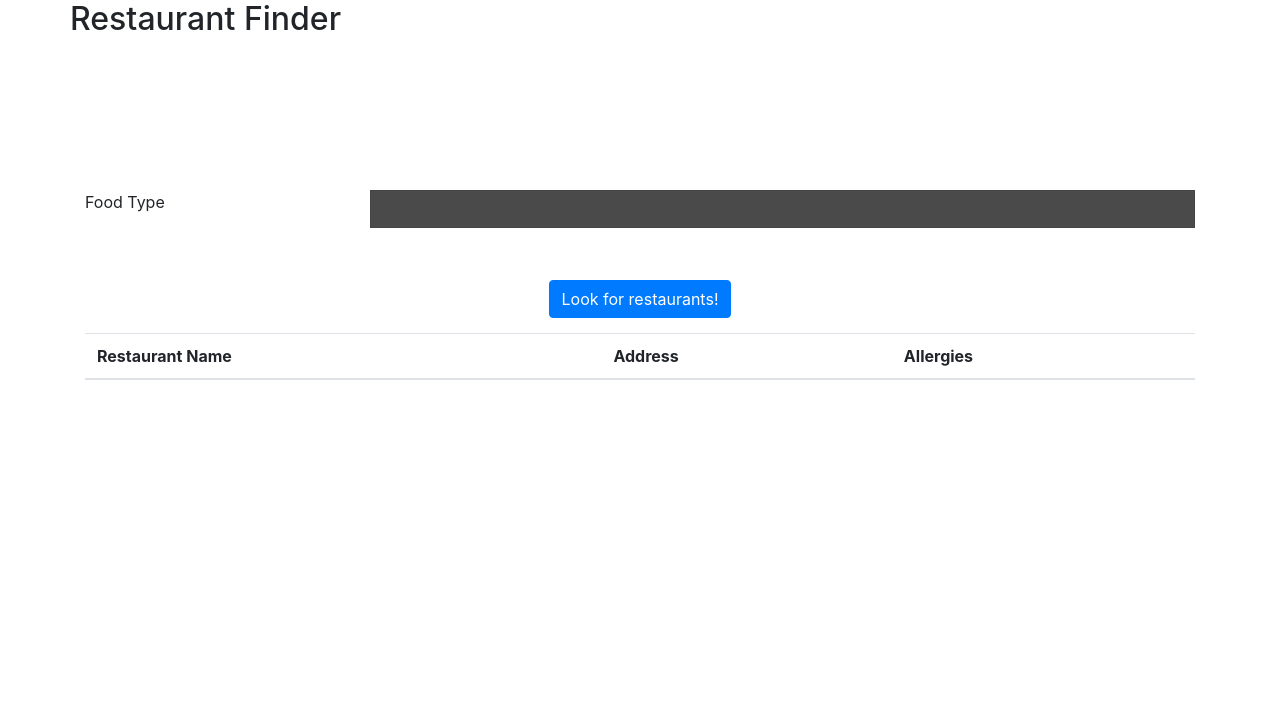
Repository: KobeRox/Loremips
Page: index.html
These files come from the project's save history. The page is drawn as it stood at one moment and after the next save; the edit follows.
The browser window is 1280 px wide. The pictures show the whole page.
Some web libraries are served in a nearby version.

Above is the page before, as saved 2019-09-08 21:48:37.
Console error: TypeError: Cannot read properties of undefined (reading 'fn')

### index.html
<html>

<head>
    <link rel="stylesheet" href="style.css">
    <link rel="stylesheet" href="https://stackpath.bootstrapcdn.com/bootstrap/4.3.1/css/bootstrap.min.css"
        integrity="sha384-ggOyR0iXCbMQv3Xipma34MD+dH/1fQ784/j6cY/iJTQUOhcWr7x9JvoRxT2MZw1T" crossorigin="anonymous">
    <script src="https://stackpath.bootstrapcdn.com/bootstrap/4.3.1/js/bootstrap.min.js"
        integrity="sha384-JjSmVgyd0p3pXB1rRibZUAYoIIy6OrQ6VrjIEaFf/nJGzIxFDsf4x0xIM+B07jRM"
        crossorigin="anonymous"></script>
    <script src="https://ajax.googleapis.com/ajax/libs/jquery/3.4.1/jquery.min.js"></script>
    <script src="https://code.jquery.com/ui/1.12.1/jquery-ui.min.js"></script>
    <script src="zomato_cuisines.js"></script>
    <script src="zomato_restaurants.js"></script>
    <script src="contractResponse.js"></script>
    <script src="convertDataToHtml.js"></script>
    <script type="text/javascript" charset="utf-8">

        $(document).ready(function () {

            $("#searchbar").autocomplete({

                minLength: 0,
                source: get_cuisineList(),
                focus: function (event, ui) {
                    $("#searchbar").val(ui.item.label);
                    return false;
                },
                select: function (event, ui) {
                    $("#searchbar").val(ui.item.label);
                    return false;
                }
            })

            $("#clicking").click(function () {
                var search = $('#searchbar').val();
                //console.log(search)
                var c_list = get_cuisineList();
                //console.log(c_list);
                var c_id = get_cuisineId(search);
                //console.log(c_id);
                get_restaurants(c_id, function (data) {
                    //console.log(data);
                    convertDataToHtml(data);
                });
            });
        });
    </script>
</head>

<body>
    <div class="container">
        <div class="panel-body">

            <div class="row" style="text-align: center;">
                <h2>Restaurant Finder</h2>
            </div>

<br><br><br><br><br><br>

            <div class="row" style="margin-bottom: 50px;">
                <div class="col-xs-3 col-md-3">
                    <p>Food Type</p>
                </div>


                <div class="col-xs-9 col-md-9">
                    <input type="text" class="form-control" id='searchbar' size="3">
                </div>

            </div>
            <div class="row" style="text-align: center;">
                <div class="col-xs-12 col-md-12">
                    <button type="button" class="btn btn-primary" style="margin-bottom: 15px;" id="clicking">Look
                        for restaurants!</button>
                </div>
            </div>
        </div>

        <div class="row">
            <div class="col-xs-12 col-md-12">
                <table class="table">
                    <thead>
                        <tr>
                            <th scope="col">Restaurant Name</th>
                            <th scope="col">Address</th>
                            <th scope="col">Allergies</th>
                        </tr>
                    <tbody id="restoResults">

                    </tbody>
                    </thead>
                </table>
            </div>


        </div>
        <!-- <div class="panel-footer"></div> -->
    </div>


</body>

</html>

### style.css
#searchbar {
  border-radius: 0px;
  background: #4a4a4a;
  color: #4cc3d8;
  border: 1px solid #454545;
  height: 0 0 30px;
}
#searchbar:hover {
  background: gray;
}

.ui-tooltip {
  background: yellow;
  color: #96f226;
  border: 2px solid navy;
  border-radius: 0px;
  box-shadow: 0 0;
}
.ui-autocomplete {
  background: #2089b9;
  border-radius: 0px;
  line-height: 30px;
  width: 160px;
}
.ui-autocomplete.source:hover {
  background: #2b9aa8;
}

.ui-menu .ui-menu-item a {
  background: red;
  height: 10px;
  font-size: 8px;
}

### zomato_cuisines.js
function get_cuisineId(name){

	for(var i=0; i<list_cuisine.length; i++){
		if (list_cuisine[i]["cuisine"]["cuisine_name"] == name)
			return list_cuisine[i]["cuisine"]["cuisine_id"];
	}
}

function get_cuisineList(){
	var cuisine_names= [];
	for(var i=0; i<list_cuisine.length; i++){
		cuisine_names.push(list_cuisine[i]["cuisine"]["cuisine_name"]);
	}
	return cuisine_names;
}
var  list_cuisine = [
        {
            "cuisine": {
                "cuisine_id": 6,
                "cuisine_name": "Afghani"
            }
        },
        {
            "cuisine": {
                "cuisine_id": 152,
                "cuisine_name": "African"
            }
        },
        {
            "cuisine": {
                "cuisine_id": 1,
                "cuisine_name": "American"
            }
        },
        {
            "cuisine": {
                "cuisine_id": 4,
                "cuisine_name": "Arabian"
            }
        },
        {
            "cuisine": {
                "cuisine_id": 151,
                "cuisine_name": "Argentine"
            }
        },
        {
            "cuisine": {
                "cuisine_id": 3,
                "cuisine_name": "Asian"
            }
        },
        {
            "cuisine": {
                "cuisine_id": 401,
                "cuisine_name": "Asian Fusion"
            }
        },
        {
            "cuisine": {
                "cuisine_id": 193,
                "cuisine_name": "BBQ"
            }
        },
        {
            "cuisine": {
                "cuisine_id": 5,
                "cuisine_name": "Bakery"
            }
        },
        {
            "cuisine": {
                "cuisine_id": 227,
                "cuisine_name": "Bar Food"
            }
        },
        {
            "cuisine": {
                "cuisine_id": 132,
                "cuisine_name": "Belgian"
            }
        },
        {
            "cuisine": {
                "cuisine_id": 270,
                "cuisine_name": "Beverages"
            }
        },
        {
            "cuisine": {
                "cuisine_id": 159,
                "cuisine_name": "Brazilian"
            }
        },
        {
            "cuisine": {
                "cuisine_id": 133,
                "cuisine_name": "British"
            }
        },
        {
            "cuisine": {
                "cuisine_id": 247,
                "cuisine_name": "Bubble Tea"
            }
        },
        {
            "cuisine": {
                "cuisine_id": 168,
                "cuisine_name": "Burger"
            }
        },
        {
            "cuisine": {
                "cuisine_id": 1039,
                "cuisine_name": "Cafe Food"
            }
        },
        {
            "cuisine": {
                "cuisine_id": 111,
                "cuisine_name": "Cambodian"
            }
        },
        {
            "cuisine": {
                "cuisine_id": 121,
                "cuisine_name": "Cantonese"
            }
        },
        {
            "cuisine": {
                "cuisine_id": 994,
                "cuisine_name": "Charcoal Chicken"
            }
        },
        {
            "cuisine": {
                "cuisine_id": 25,
                "cuisine_name": "Chinese"
            }
        },
        {
            "cuisine": {
                "cuisine_id": 161,
                "cuisine_name": "Coffee and Tea"
            }
        },
        {
            "cuisine": {
                "cuisine_id": 287,
                "cuisine_name": "Colombian"
            }
        },
        {
            "cuisine": {
                "cuisine_id": 144,
                "cuisine_name": "Contemporary"
            }
        },
        {
            "cuisine": {
                "cuisine_id": 35,
                "cuisine_name": "Continental"
            }
        },
        {
            "cuisine": {
                "cuisine_id": 928,
                "cuisine_name": "Creole"
            }
        },
        {
            "cuisine": {
                "cuisine_id": 881,
                "cuisine_name": "Crepes"
            }
        },
        {
            "cuisine": {
                "cuisine_id": 192,
                "cuisine_name": "Deli"
            }
        },
        {
            "cuisine": {
                "cuisine_id": 100,
                "cuisine_name": "Desserts"
            }
        },
        {
            "cuisine": {
                "cuisine_id": 268,
                "cuisine_name": "Drinks Only"
            }
        },
        {
            "cuisine": {
                "cuisine_id": 985,
                "cuisine_name": "Dumplings"
            }
        },
        {
            "cuisine": {
                "cuisine_id": 38,
                "cuisine_name": "European"
            }
        },
        {
            "cuisine": {
                "cuisine_id": 571,
                "cuisine_name": "Falafel"
            }
        },
        {
            "cuisine": {
                "cuisine_id": 40,
                "cuisine_name": "Fast Food"
            }
        },
        {
            "cuisine": {
                "cuisine_id": 1006,
                "cuisine_name": "Fijian"
            }
        },
        {
            "cuisine": {
                "cuisine_id": 112,
                "cuisine_name": "Filipino"
            }
        },
        {
            "cuisine": {
                "cuisine_id": 271,
                "cuisine_name": "Finger Food"
            }
        },
        {
            "cuisine": {
                "cuisine_id": 298,
                "cuisine_name": "Fish and Chips"
            }
        },
        {
            "cuisine": {
                "cuisine_id": 45,
                "cuisine_name": "French"
            }
        },
        {
            "cuisine": {
                "cuisine_id": 1025,
                "cuisine_name": "Fried Chicken"
            }
        },
        {
            "cuisine": {
                "cuisine_id": 501,
                "cuisine_name": "Frozen Yogurt"
            }
        },
        {
            "cuisine": {
                "cuisine_id": 274,
                "cuisine_name": "Fusion"
            }
        },
        {
            "cuisine": {
                "cuisine_id": 134,
                "cuisine_name": "German"
            }
        },
        {
            "cuisine": {
                "cuisine_id": 156,
                "cuisine_name": "Greek"
            }
        },
        {
            "cuisine": {
                "cuisine_id": 181,
                "cuisine_name": "Grill"
            }
        },
        {
            "cuisine": {
                "cuisine_id": 521,
                "cuisine_name": "Hawaiian"
            }
        },
        {
            "cuisine": {
                "cuisine_id": 143,
                "cuisine_name": "Healthy Food"
            }
        },
        {
            "cuisine": {
                "cuisine_id": 1022,
                "cuisine_name": "Hot Pot"
            }
        },
        {
            "cuisine": {
                "cuisine_id": 228,
                "cuisine_name": "Hungarian"
            }
        },
        {
            "cuisine": {
                "cuisine_id": 233,
                "cuisine_name": "Ice Cream"
            }
        },
        {
            "cuisine": {
                "cuisine_id": 148,
                "cuisine_name": "Indian"
            }
        },
        {
            "cuisine": {
                "cuisine_id": 114,
                "cuisine_name": "Indonesian"
            }
        },
        {
            "cuisine": {
                "cuisine_id": 154,
                "cuisine_name": "International"
            }
        },
        {
            "cuisine": {
                "cuisine_id": 140,
                "cuisine_name": "Iranian"
            }
        },
        {
            "cuisine": {
                "cuisine_id": 135,
                "cuisine_name": "Irish"
            }
        },
        {
            "cuisine": {
                "cuisine_id": 55,
                "cuisine_name": "Italian"
            }
        },
        {
            "cuisine": {
                "cuisine_id": 60,
                "cuisine_name": "Japanese"
            }
        },
        {
            "cuisine": {
                "cuisine_id": 265,
                "cuisine_name": "Jewish"
            }
        },
        {
            "cuisine": {
                "cuisine_id": 1042,
                "cuisine_name": "Jiangnan"
            }
        },
        {
            "cuisine": {
                "cuisine_id": 164,
                "cuisine_name": "Juices"
            }
        },
        {
            "cuisine": {
                "cuisine_id": 178,
                "cuisine_name": "Kebab"
            }
        },
        {
            "cuisine": {
                "cuisine_id": 167,
                "cuisine_name": "Kiwi"
            }
        },
        {
            "cuisine": {
                "cuisine_id": 67,
                "cuisine_name": "Korean"
            }
        },
        {
            "cuisine": {
                "cuisine_id": 1021,
                "cuisine_name": "Korean BBQ"
            }
        },
        {
            "cuisine": {
                "cuisine_id": 136,
                "cuisine_name": "Latin American"
            }
        },
        {
            "cuisine": {
                "cuisine_id": 66,
                "cuisine_name": "Lebanese"
            }
        },
        {
            "cuisine": {
                "cuisine_id": 69,
                "cuisine_name": "Malaysian"
            }
        },
        {
            "cuisine": {
                "cuisine_id": 977,
                "cuisine_name": "Meat Pie"
            }
        },
        {
            "cuisine": {
                "cuisine_id": 70,
                "cuisine_name": "Mediterranean"
            }
        },
        {
            "cuisine": {
                "cuisine_id": 73,
                "cuisine_name": "Mexican"
            }
        },
        {
            "cuisine": {
                "cuisine_id": 137,
                "cuisine_name": "Middle Eastern"
            }
        },
        {
            "cuisine": {
                "cuisine_id": 294,
                "cuisine_name": "Modern European"
            }
        },
        {
            "cuisine": {
                "cuisine_id": 1055,
                "cuisine_name": "Modern New Zealand"
            }
        },
        {
            "cuisine": {
                "cuisine_id": 74,
                "cuisine_name": "Mongolian"
            }
        },
        {
            "cuisine": {
                "cuisine_id": 147,
                "cuisine_name": "Moroccan"
            }
        },
        {
            "cuisine": {
                "cuisine_id": 117,
                "cuisine_name": "Nepalese"
            }
        },
        {
            "cuisine": {
                "cuisine_id": 50,
                "cuisine_name": "North Indian"
            }
        },
        {
            "cuisine": {
                "cuisine_id": 321,
                "cuisine_name": "Pacific"
            }
        },
        {
            "cuisine": {
                "cuisine_id": 139,
                "cuisine_name": "Pakistani"
            }
        },
        {
            "cuisine": {
                "cuisine_id": 209,
                "cuisine_name": "Pan Asian"
            }
        },
        {
            "cuisine": {
                "cuisine_id": 162,
                "cuisine_name": "Peruvian"
            }
        },
        {
            "cuisine": {
                "cuisine_id": 1020,
                "cuisine_name": "Pho"
            }
        },
        {
            "cuisine": {
                "cuisine_id": 82,
                "cuisine_name": "Pizza"
            }
        },
        {
            "cuisine": {
                "cuisine_id": 1019,
                "cuisine_name": "Poké"
            }
        },
        {
            "cuisine": {
                "cuisine_id": 87,
                "cuisine_name": "Portuguese"
            }
        },
        {
            "cuisine": {
                "cuisine_id": 983,
                "cuisine_name": "Pub Food"
            }
        },
        {
            "cuisine": {
                "cuisine_id": 320,
                "cuisine_name": "Ramen"
            }
        },
        {
            "cuisine": {
                "cuisine_id": 1033,
                "cuisine_name": "Roast"
            }
        },
        {
            "cuisine": {
                "cuisine_id": 84,
                "cuisine_name": "Russian"
            }
        },
        {
            "cuisine": {
                "cuisine_id": 998,
                "cuisine_name": "Salad"
            }
        },
        {
            "cuisine": {
                "cuisine_id": 304,
                "cuisine_name": "Sandwich"
            }
        },
        {
            "cuisine": {
                "cuisine_id": 83,
                "cuisine_name": "Seafood"
            }
        },
        {
            "cuisine": {
                "cuisine_id": 831,
                "cuisine_name": "Shanghai"
            }
        },
        {
            "cuisine": {
                "cuisine_id": 128,
                "cuisine_name": "Sichuan"
            }
        },
        {
            "cuisine": {
                "cuisine_id": 119,
                "cuisine_name": "Singaporean"
            }
        },
        {
            "cuisine": {
                "cuisine_id": 85,
                "cuisine_name": "South Indian"
            }
        },
        {
            "cuisine": {
                "cuisine_id": 89,
                "cuisine_name": "Spanish"
            }
        },
        {
            "cuisine": {
                "cuisine_id": 86,
                "cuisine_name": "Sri Lankan"
            }
        },
        {
            "cuisine": {
                "cuisine_id": 141,
                "cuisine_name": "Steak"
            }
        },
        {
            "cuisine": {
                "cuisine_id": 90,
                "cuisine_name": "Street Food"
            }
        },
        {
            "cuisine": {
                "cuisine_id": 177,
                "cuisine_name": "Sushi"
            }
        },
        {
            "cuisine": {
                "cuisine_id": 190,
                "cuisine_name": "Taiwanese"
            }
        },
        {
            "cuisine": {
                "cuisine_id": 179,
                "cuisine_name": "Tapas"
            }
        },
        {
            "cuisine": {
                "cuisine_id": 163,
                "cuisine_name": "Tea"
            }
        },
        {
            "cuisine": {
                "cuisine_id": 981,
                "cuisine_name": "Teppanyaki"
            }
        },
        {
            "cuisine": {
                "cuisine_id": 150,
                "cuisine_name": "Tex-Mex"
            }
        },
        {
            "cuisine": {
                "cuisine_id": 95,
                "cuisine_name": "Thai"
            }
        },
        {
            "cuisine": {
                "cuisine_id": 142,
                "cuisine_name": "Turkish"
            }
        },
        {
            "cuisine": {
                "cuisine_id": 1038,
                "cuisine_name": "Uyghur"
            }
        },
        {
            "cuisine": {
                "cuisine_id": 1034,
                "cuisine_name": "Vegan"
            }
        },
        {
            "cuisine": {
                "cuisine_id": 308,
                "cuisine_name": "Vegetarian"
            }
        },
        {
            "cuisine": {
                "cuisine_id": 641,
                "cuisine_name": "Venezuelan"
            }
        },
        {
            "cuisine": {
                "cuisine_id": 99,
                "cuisine_name": "Vietnamese"
            }
        },
        {
            "cuisine": {
                "cuisine_id": 978,
                "cuisine_name": "Yum Cha"
            }
        }
    ]

### zomato_restaurants.js
function get_restaurants(cuisine_id, callback) {
  $.ajax({
    url:
      "https://developers.zomato.com/api/v2.1/search?city_id=70&cuisines=" +
      cuisine_id,
    type: "GET",
    //d323749b276f5be54a2e776c45a7ad1a
    //b17db59020e7fbe543111e1e6c2e5ecb
    beforeSend: function(xhr) {
      xhr.setRequestHeader("user-key", "d323749b276f5be54a2e776c45a7ad1a");
    },
    success: function(data) {
      callback(convertContract(data));
    }
  });
}

### contractResponse.js
function convertContract(input) {
  var results = [];

  for (var x = 0; x < input.results_shown; x++) {
    results.push({
      restaurantName: input.restaurants[x].restaurant.name,
      address: input.restaurants[x].restaurant.location.address,
      allergies: input.restaurants[x].restaurant.cuisines.split(",")
    });
  }
  return results;
}

### convertDataToHtml.js
function convertDataToHtml(data) {
  var html;
  var test2 = document.getElementById("restoResults");
  test2.innerHTML = " ";
  for (var test in data) {
    let dataRow = data[test];
    var row = document.createElement("tr");
    for (var property in dataRow) {
      var th = document.createElement("td");
      th.scope = "col";
      th.innerText = dataRow[property];
      row.appendChild(th);
    }
    test2.appendChild(row);
  }
  return html;
}

After the next save:
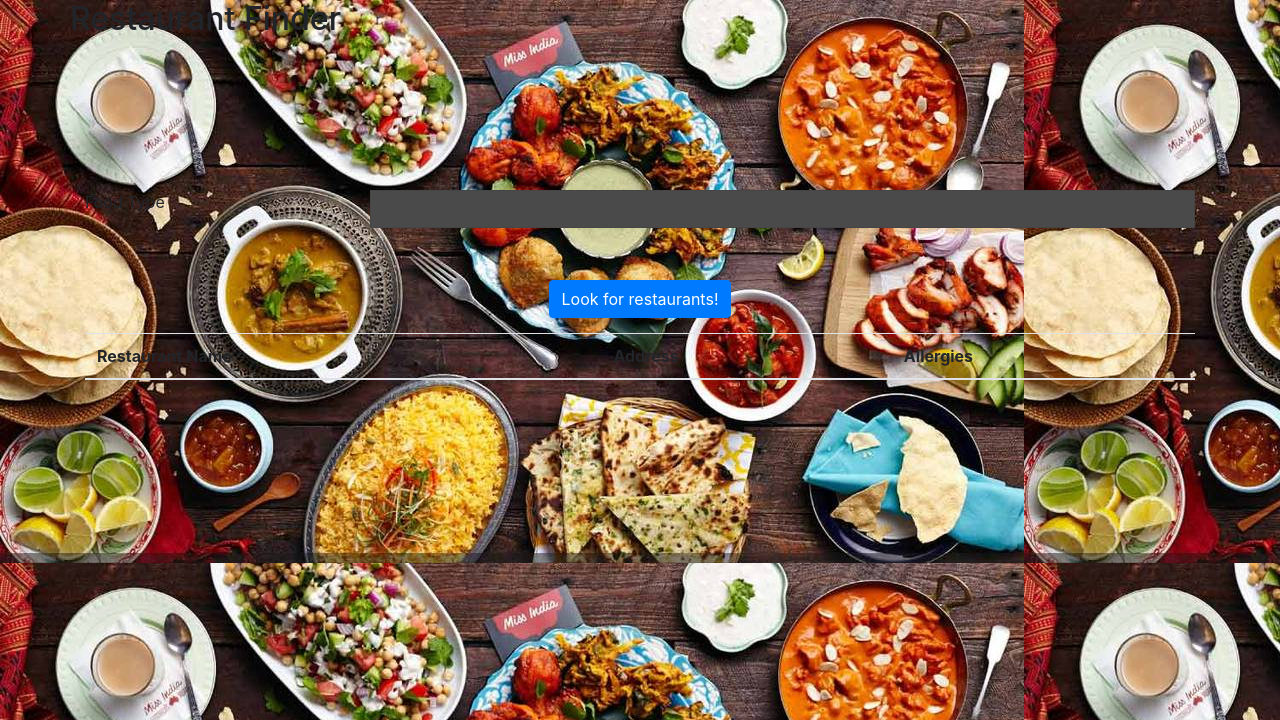
Saved 2 min 26 s later.
--- a/style.css
+++ b/style.css
@@ -1,3 +1,8 @@
+body {
+  background-image: url("background.jpg");
+  background-color: #cccccc;
+}
+
 #searchbar {
   border-radius: 0px;
   background: #4a4a4a;

After the save that followed:
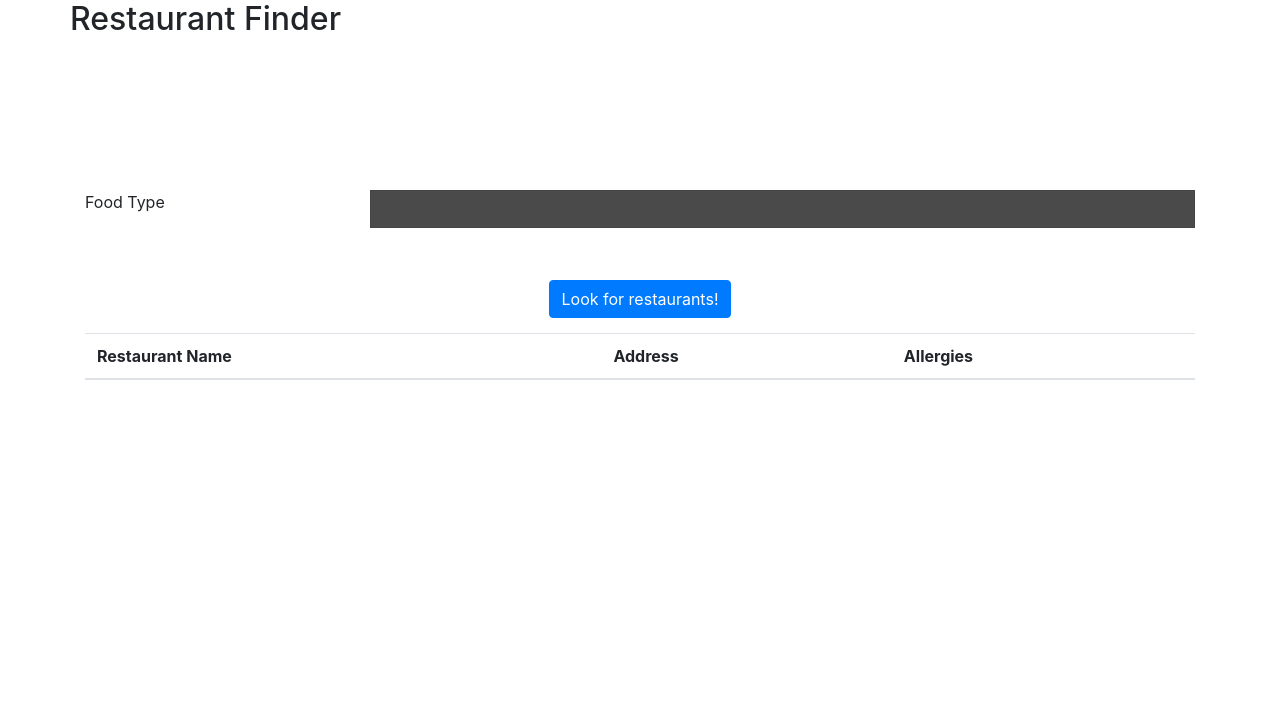
Saved 33 s later.
--- a/style.css
+++ b/style.css
@@ -1,5 +1,4 @@
 body {
-  background-image: url("background.jpg");
   background-color: #cccccc;
 }
 
